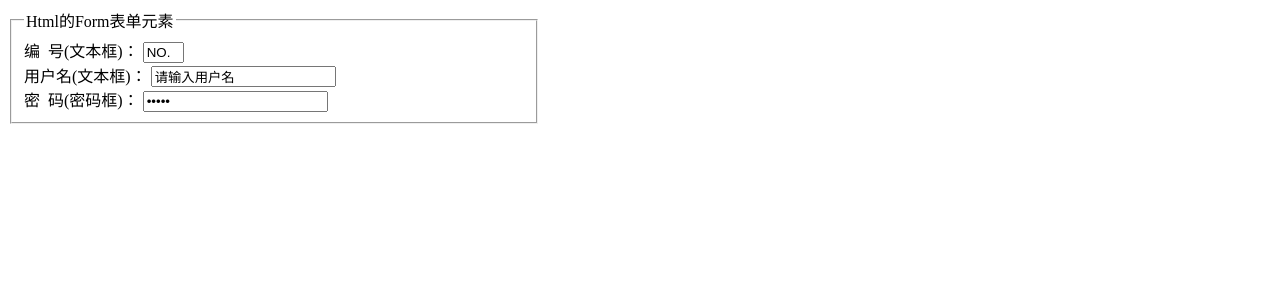
Repository: frankstar007/java
Page: http://localhost/Servlet_Study/request_form1.jsp
An editor plug-in stored every save of this project. The page is shown before and after the next save, followed by the edit.
The browser window is 1280 px wide. The pictures show the whole page.
The page is served by Tomcat 9. Nobody is signed in. The application's start-up code is not run.

Above is the page before, as saved 2016-05-01 02:35:37.

After the next save:
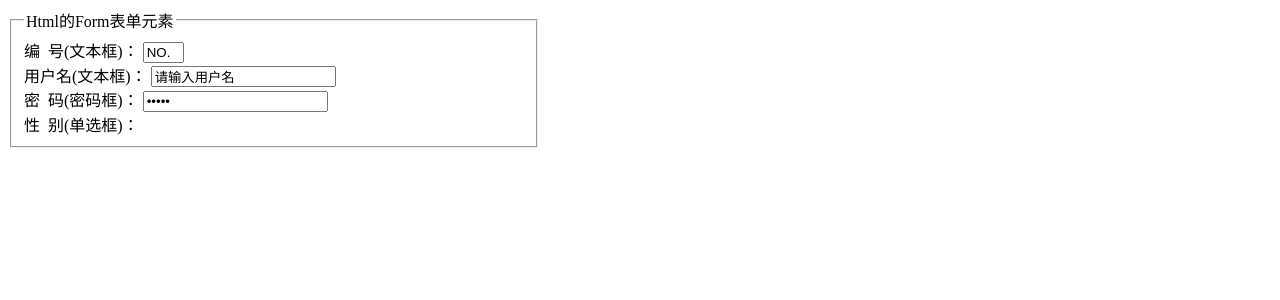
Saved 15 s later.
--- a/Servlet_Study/WebContent/request_form1.jsp
+++ b/Servlet_Study/WebContent/request_form1.jsp
@@ -15,6 +15,7 @@
 		<input type="text" name="username" value="请输入用户名"><br>
 	密&nbsp;&nbsp;码(密码框)：
 	<input type="password" name="userpass" value="请输入密码"><br>
+	 性&nbsp;&nbsp;别(单选框)：
 
 
 
